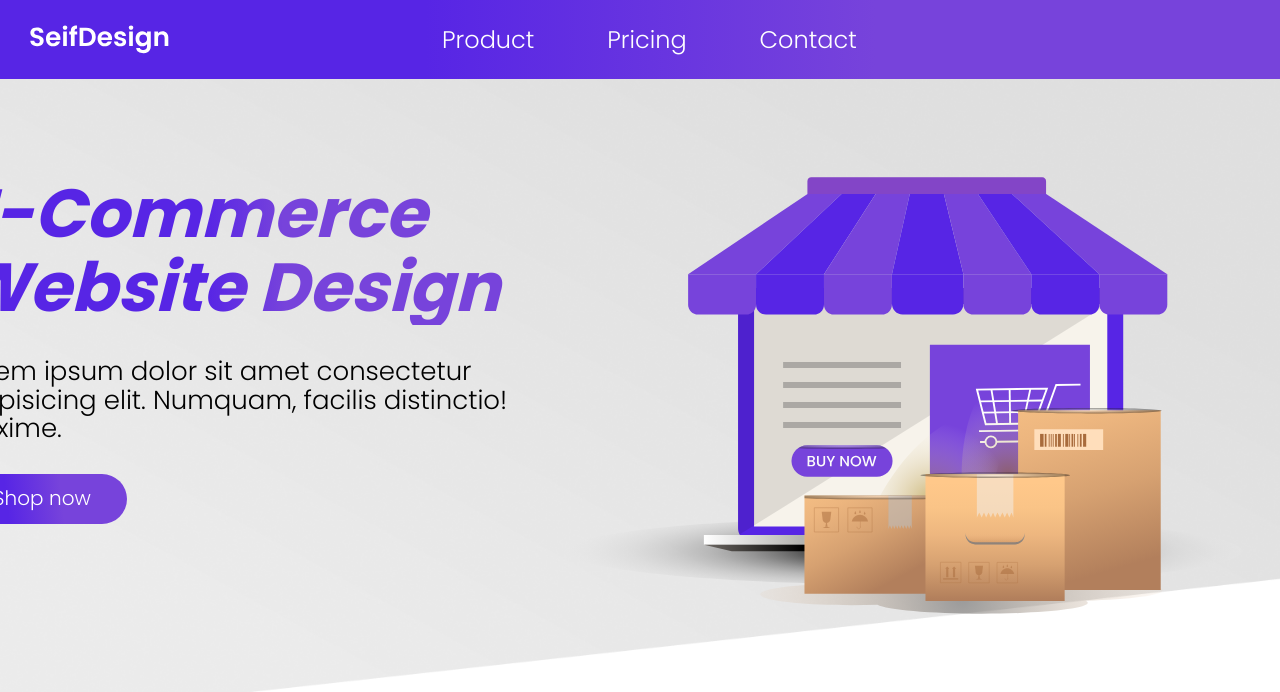
Repository: simralgasimov/newpage
Page: index.html
These files come from the project's save history. The page is drawn as it stood at one moment and after a run of saves; the edit follows.
The browser window is 1280 px wide. The pictures show the whole page.
The style sheet was rebuilt from its Sass, Less or Tailwind sources for each picture, by a compiler version that may differ from the author's.

Above is the page before, as saved 2023-12-13 14:55:20.
Not found: index.js

### index.html
<!DOCTYPE html>
<html lang="en">
  <head>
    <meta charset="UTF-8" />
    <meta name="viewport" content="width=device-width, initial-scale=1.0" />
    <title>Document</title>
    <link rel="stylesheet" href="./reset.css" />
    <link rel="stylesheet" href="./index.css" />
  </head>
  <body>
    <div class="container">
      <nav>
        <!-- <div class="logo"> -->
          <img class="logo-img" src=".//image/SeifDesign.svg" alt="" />
        <!-- </div> -->
        <ul>
          <li><a href="#">Product</a></li>
          <li><a href="#">Pricing</a></li>
          <li><a href="#">Contact</a></li>
        </ul>
        <div class="burgerMenu">
          <img src="./image/Frame 1.svg" alt="" />
        </div>
      </nav>
      <div class="box-container">
        <div class="box-1">
          <div class="text-container">
            <h1>E-Commerce Website Design</h1>
            <p>
              Lorem ipsum dolor sit amet consectetur adipisicing elit. Numquam,
              facilis distinctio! Maxime.
            </p>
            <button><a href="#">Shop now</a></button>
          </div>

            <img class="house-img" src=".//image/Group (1).svg" alt="" />

        </div>
        <!-- <div class="page-2">
          <ul>
            <li>
              <img src="./image/Group (2).svg" alt="" />
              <p>Free shipping</p>
            </li>

            <li>
              <img src="./image/Vector (1).svg" alt="" />
              <p>Free shipping</p>
            </li>
            <li>
              <img src="./image/Group (3).svg" alt="" />
              <p>Free shipping</p>
            </li>
            <li>
              <img src="./image/Vector (2).svg" alt="" />
              <p>Free shipping</p>
            </li>
          </ul>
        </div> -->
      </div>
    </div>

  </body>
  <script src="./index.js"></script>
</html>

### index.scss
@import url("https://fonts.googleapis.com/css2?family=Poppins:wght@300;700&display=swap");
* {
    margin: 0;
    padding: 0;
    box-sizing: border-box;
}
.container {
    background-image: url('./image/Rectangle\ 3.png');
    background-repeat: no-repeat;
    background-size: 100% 100%;
    /* padding: 16px 83px 33px 83px; */
    min-height: 100vh;
    width: 100%;
    /* background: linear-gradient(270deg, #7743db 31.64%, #5725e5 66.78%); */
    @media screen and (max-width: 1024px) {
        padding: 21px 21px;
    }
    nav {
        display: flex;
        align-items: center;
        background: linear-gradient(270deg, #7743DB 31.64%, #5725E5 66.78%);
        padding: 20px 30px;
        @media screen and (max-width: 1024px) {
            display: flex;
            justify-content: space-between;
        }
        .burgerMenu {
            display: none;
            @media screen and (max-width: 1024px) {
                display: block;
            }
        }
        .logo-img {
            width: 139px;
            height: 39px;
        }
        @media screen and (max-width: 1024px) {
            width: 97px;
        }
        ul {
            @media screen and (max-width: 1024px) {
                display: none;
            }
            display: flex;
            list-style-type: none;
            margin-left: 200px;

            li {
                margin-left: 73px;

                a {
                    text-decoration: none;
                    width: 98px;
                    height: 30px;
                    color: #fff;
                    text-align: center;
                    font-family: Poppins;
                    font-size: 24px;
                    font-style: normal;
                    font-weight: 300;
                    line-height: normal;
                }
            }
        }
    }
}
.box-container {
    .box-1 {
        padding: 98px 164px 43px 83px;
        display: flex;
        justify-content: center;
        .text-container {
            h1 {
                margin-bottom: 32px;
                width: 608px;
                font-family: Poppins;
                font-size: 68px;
                font-style: italic;
                font-weight: 700;
                line-height: 109%; /* 74.12px */
                background: linear-gradient(268deg, #7743db 46.2%, #5725e5 59.09%);
                background-clip: text;
                -webkit-background-clip: text;
                -webkit-text-fill-color: transparent;
            }
            p {
                width: 608px;
                color: #000;
                font-family: Poppins;
                font-size: 26px;
                font-style: normal;
                font-weight: 300;
                line-height: 109%;
            }
            button {
                border: none;
                margin-top: 32px;
                display: flex;
                width: 170px;
                height: 50px;
                padding: 0px 24px;
                justify-content: center;
                align-items: center;
                border-radius: 25px;
                background: linear-gradient(263deg, #7743db 38.81%, #5725e5 70.24%);
                a {
                    text-decoration: none;
                    color: #fff;
                    font-family: Poppins;
                    font-size: 20px;
                    font-style: normal;
                    font-weight: 400;
                    line-height: 109%; /* 21.8px */
                }
            }
        }

            .house-img {
                width: 677.61px;
                height: 437.417px;
            }

    }
    .page-2 {
        ul {
            display: flex;
            justify-content: center;

            li {
                margin-left: 64px;
                position: relative;

                bottom: 120px;

                display: flex;
                width: 178px;
                height: 199px;
                padding: 10px;
                flex-direction: column;
                justify-content: center;
                align-items: center;
                gap: 18px;
                flex-shrink: 0;
                border-radius: 25px;
                background: #5725e5;
                img {
                    width: 139.997px;
                    height: 70px;
                }
                p {
                    color: #fff;
                    text-align: center;
                    font-family: Poppins;
                    font-size: 18px;
                    font-style: normal;
                    font-weight: 400;
                    line-height: 109%; /* 19.62px */
                }
            }
        }
    }
}

Loaded but not shown: reset.css (common file)

After the next 4 saves:
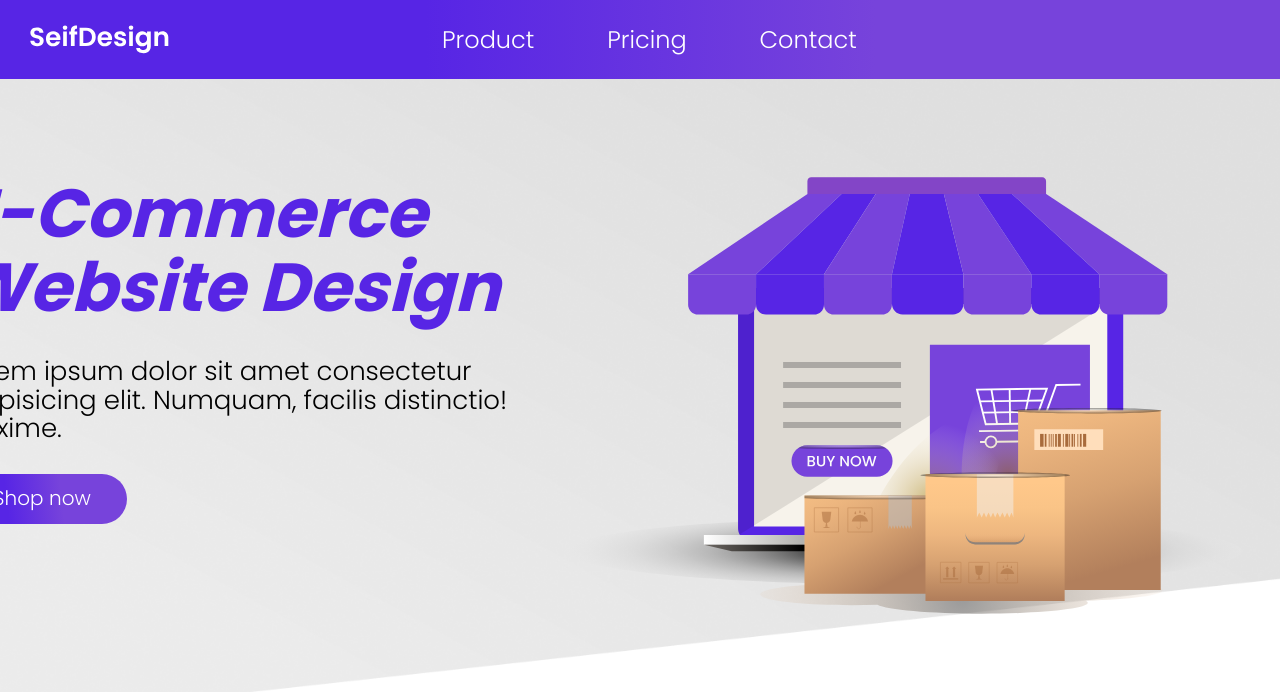
The 4 saves are shown as one change because 1 did not build or start and some came seconds apart.
The last was saved 3 min 7 s later.
--- a/index.scss
+++ b/index.scss
@@ -78,10 +78,7 @@
                 font-style: italic;
                 font-weight: 700;
                 line-height: 109%; /* 74.12px */
-                background: linear-gradient(268deg, #7743db 46.2%, #5725e5 59.09%);
-                background-clip: text;
-                -webkit-background-clip: text;
-                -webkit-text-fill-color: transparent;
+              color: #5725e5;
             }
             p {
                 width: 608px;
